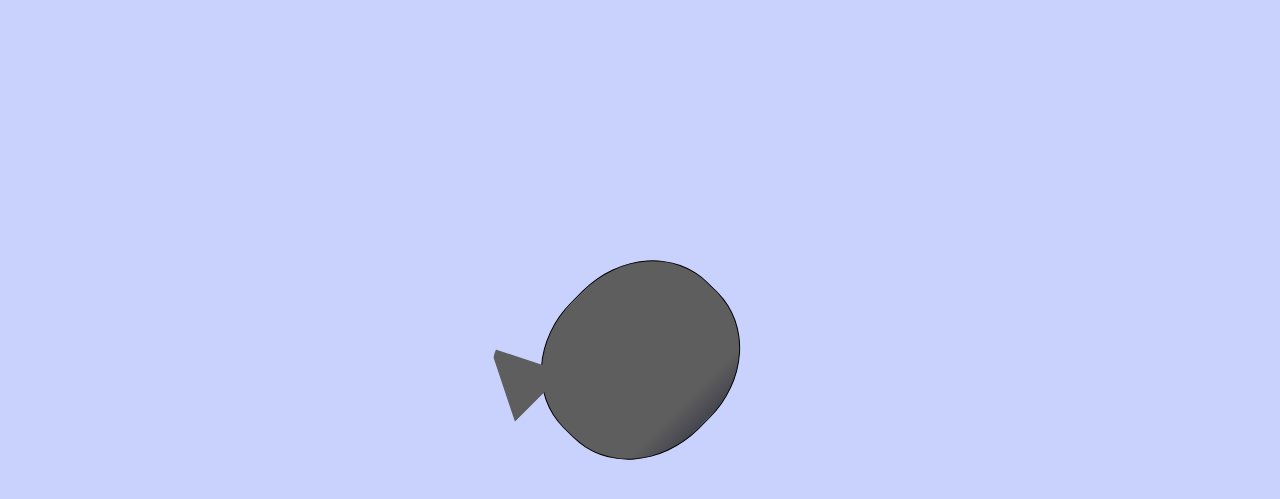
Repository: Lungdjos/cat_painting
Page: index.html
An editor plug-in stored every save of this project. The page is shown before and after the next save, followed by the edit.
The browser window is 1280 px wide. The pictures show the whole page.

Above is the page before, as saved 2023-11-07 23:45:34.

After the next save:
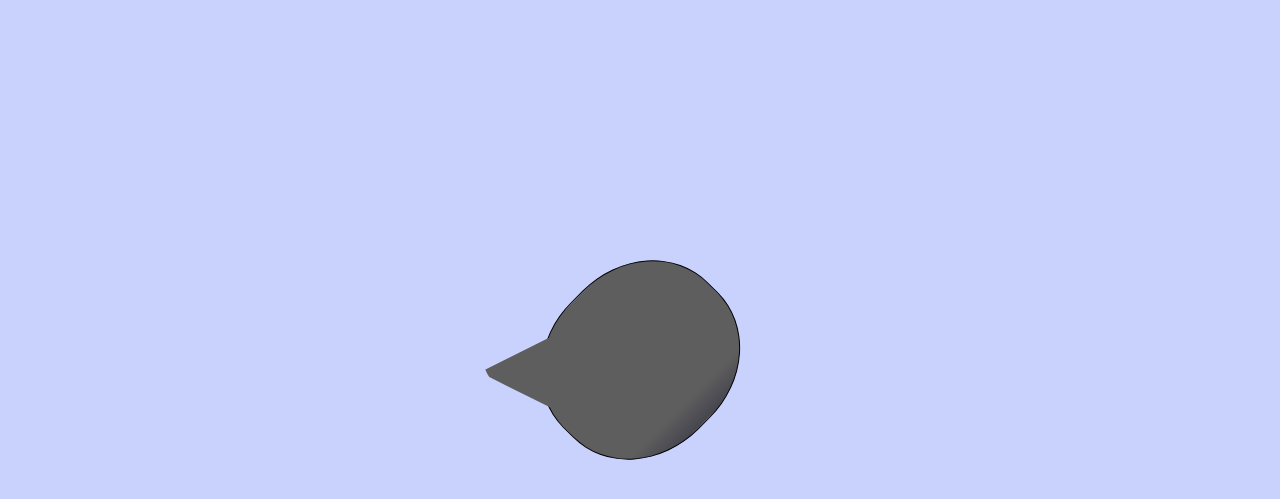
Saved 91 s later.
--- a/styles.css
+++ b/styles.css
@@ -23,6 +23,18 @@ body {
     transform: rotate(-45deg);
 }
 
+.cat-left-ear {
+    position: absolute;
+    top: -26px;
+    left: -31px;
+    border-top-left-radius: 90px;
+    border-top-right-radius: 10px;
+    transform: rotate(-45deg);
+    border-left: 35px solid transparent;
+    border-right: 35px solid transparent;
+    border-bottom: 70px solid #5e5e5e;
+}
+
 
 /* .box {
     width: 200px;
